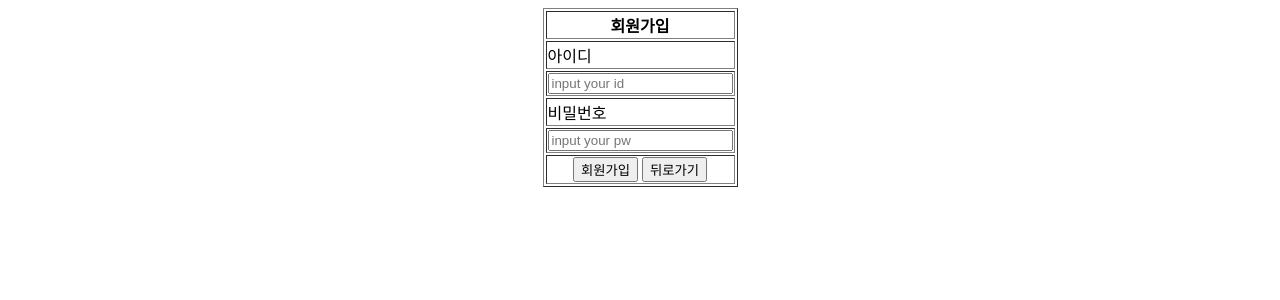
Repository: kdh3543/kh_SpringFramework
Page: http://localhost/Spring_04_Board/member/join
The author's editor kept a copy of each file at every save. The page is drawn from the files as they stood at one save, then again after the next save.
The browser window is 1280 px wide. The pictures show the whole page.
The page is served by Tomcat 9.

Above is the page before, as saved 2021-12-29 01:13:46.

After the next save:
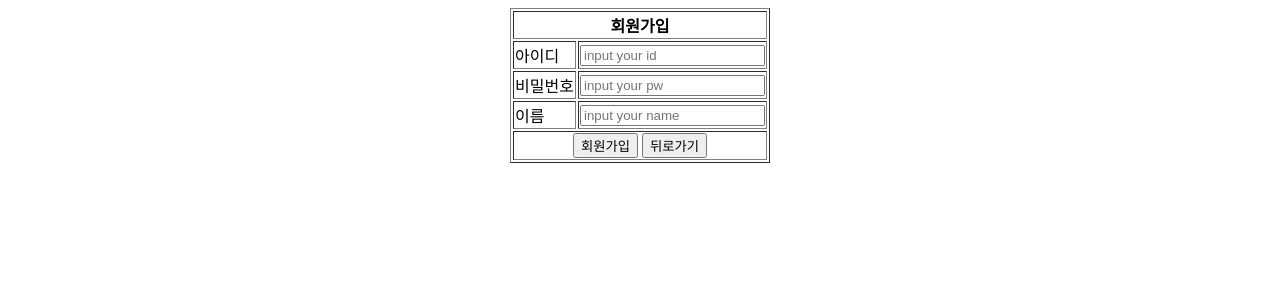
Saved 12 min 39 s later.
--- a/Spring_04_Board/src/main/webapp/WEB-INF/views/member/join.jsp
+++ b/Spring_04_Board/src/main/webapp/WEB-INF/views/member/join.jsp
@@ -12,22 +12,22 @@
 	<form action="/" method=post>
 		<table border=1 align=center>
 			<tr>
-				<th>회원가입
+				<th colspan=2>회원가입
 			</tr>
 			<tr>
 				<td>아이디
-			</tr>
-			<tr>
 				<td><input type=text placeholder="input your id" name=id>
 			</tr>
 			<tr>
 				<td>비밀번호
+				<td><input type=password placeholder="input your pw" name=pw>
 			</tr>
 			<tr>
-				<td><input type=password placeholder="input your pw" name=id>
+				<td>이름
+				<td><input type=text placeholder="input your name" name=name>
 			</tr>
 			<tr>
-				<td align=center>
+				<td align=center colspan=2>
 					<button>회원가입</button> <a href="/"><button type=button>뒤로가기</button></a>
 			</tr>
 		</table>
